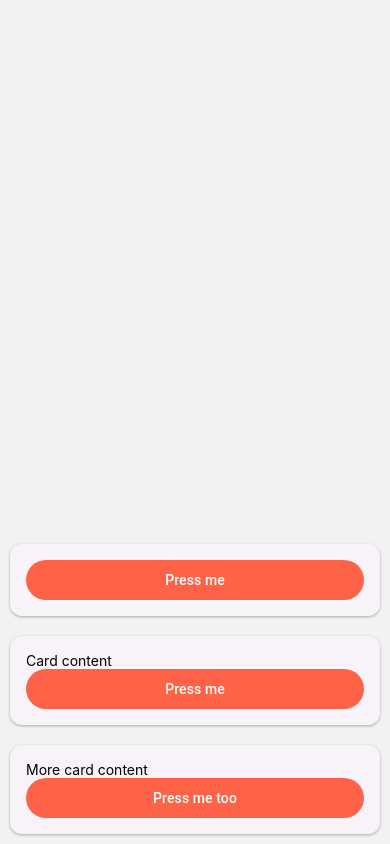
Repository: RidenShogunei/react-native-liveapp
Page: / (app in LiveTool/)
The author's editor kept a copy of each file at every save. The page is drawn from the files as they stood at one save, then again after the next save.
The browser window is 390 px wide. The pictures show the whole page.
The page's requests for data from a server got no answer. The app was drawn by React Native's web renderer in a window 390 px wide. The project was rebuilt for these pictures with package versions that can differ from the ones it lists, and the page was loaded fresh each time. No one was signed in, and anything a server would have sent is missing.

Above is the page before, as saved 2024-05-12 12:26:33.

### LiveTool/App.tsx
import React from 'react';
import {NavigationContainer} from '@react-navigation/native';
import {createStackNavigator} from '@react-navigation/stack';
import MainPage from './pages/mian';
import { PaperProvider } from 'react-native-paper';
import { MD3LightTheme as DefaultTheme} from 'react-native-paper';
// 创建一个 Stack Navigator
const Stack = createStackNavigator();
const theme = {
  ...DefaultTheme,
  colors: {
    ...DefaultTheme.colors,
    primary: 'tomato',
    secondary: 'yellow',
  },
};
function App() {
  return (
    <PaperProvider theme={theme}>
    <NavigationContainer>
      <Stack.Navigator initialRouteName="Main">
        <Stack.Screen
          name="Main"
          component={MainPage}
          options={{ headerShown: false }}
        />
      </Stack.Navigator>
    </NavigationContainer>
    </PaperProvider>
  );
}

export default App;

### LiveTool/pages/mian.tsx
import React, {useState, useEffect} from 'react';
import {View, Text, ScrollView, Dimensions, StyleSheet} from 'react-native';
import {Card, Button} from 'react-native-paper';
import {Picker} from '@react-native-picker/picker';
const {width: viewportWidth} = Dimensions.get('window');

function MainPage() {
  const [weather, setWeather] = useState(null);
  const [city, setCity] = useState(101010100);
  useEffect(() => {
    fetch(
      `https://devapi.qweather.com/v7/weather/now?location=${city}&key=acfa15e64b854efcb254f98a8b29568e`,
    )
      .then(response => {
        console.log('Response status:', response.status);
        return response.json();
      })
      .then(data => {
        console.log('Weather data:', data);
        setWeather(data);
      })
      .catch(error => {
        console.error('Error fetching weather data:', error);
      });
  }, [city]);

  return (
    <ScrollView contentContainerStyle={{flexGrow: 1}}>
      <ScrollView
        horizontal
        pagingEnabled
        showsHorizontalScrollIndicator={false}
        contentContainerStyle={{
          alignItems: 'center',
          justifyContent: 'center',
        }}>
        {weather && (
          <Card style={{width: viewportWidth}}>
            <Card.Content>
              <Text style={styles.text}>实时天气</Text>
              <Picker
                selectedValue={city}
                style={{
                  height: 50,
                  width: 150,
                  borderWidth: 1,
                  borderColor: '#000',
                  shadowColor: '#000',
                  shadowOffset: {width: 0, height: 2},
                  shadowOpacity: 0.8,
                  shadowRadius: 2,
                  elevation: 1,
                }}
                onValueChange={(itemValue, itemIndex) => setCity(itemValue)}>
                <Picker.Item label="北京" value="101010100" />
                <Picker.Item label="上海" value="101020100" />
                <Picker.Item label="嘉定" value="101020500" />
                {/* 更多城市省略... */}
              </Picker>
              <Text>{`Temperature: ${weather.now.temp}度`}</Text>
              <Text>{`Feels Like: ${weather.now.feelsLike}度`}</Text>
              <Text>{`Weather: ${weather.now.text}`}</Text>
              <Text>{`Wind Direction: ${weather.now.windDir}`}</Text>
              <Text>{`Wind Scale: ${weather.now.windScale}级`}</Text>
            </Card.Content>
          </Card>
        )}
      </ScrollView>

      <View>
        <Card style={{margin: 10}}>
          <Card.Content>
            <Text></Text>
            <Button
              mode="contained"
              onPress={() => console.log('Button pressed')}>
              Press me
            </Button>
          </Card.Content>
        </Card>
        <Card style={{margin: 10}}>
          <Card.Content>
            <Text>Card content</Text>
            <Button
              mode="contained"
              onPress={() => console.log('Button pressed')}>
              Press me
            </Button>
          </Card.Content>
        </Card>
        <Card style={{margin: 10}}>
          <Card.Content>
            <Text>More card content</Text>
            <Button
              mode="contained"
              onPress={() => console.log('Another button pressed')}>
              Press me too
            </Button>
          </Card.Content>
        </Card>
        {/* 更多的 Card... */}
      </View>
    </ScrollView>
  );
}
const styles = StyleSheet.create({
  container: {
    flex: 1,
    backgroundColor: '#fff',
    alignItems: 'center',
    justifyContent: 'center',
  },
  text: {
    textAlign: 'center',
    fontSize: 20,
  },
});
export default MainPage;

After the next save:
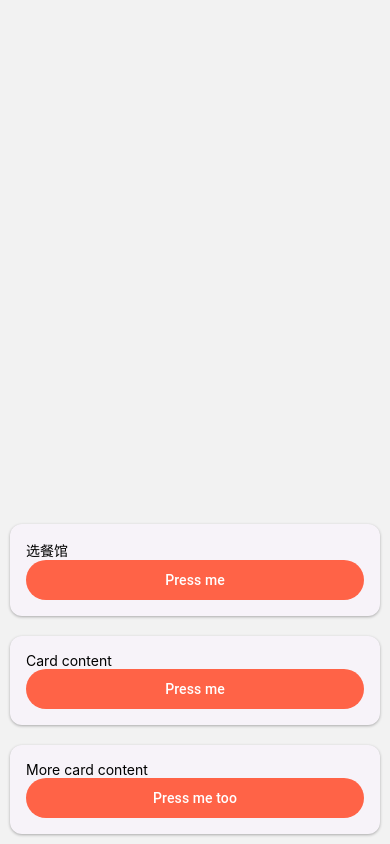
Saved 4 s later.
--- a/LiveTool/pages/mian.tsx
+++ b/LiveTool/pages/mian.tsx
@@ -70,7 +70,7 @@ function MainPage() {
       <View>
         <Card style={{margin: 10}}>
           <Card.Content>
-            <Text></Text>
+            <Text>选餐馆</Text>
             <Button
               mode="contained"
               onPress={() => console.log('Button pressed')}>
